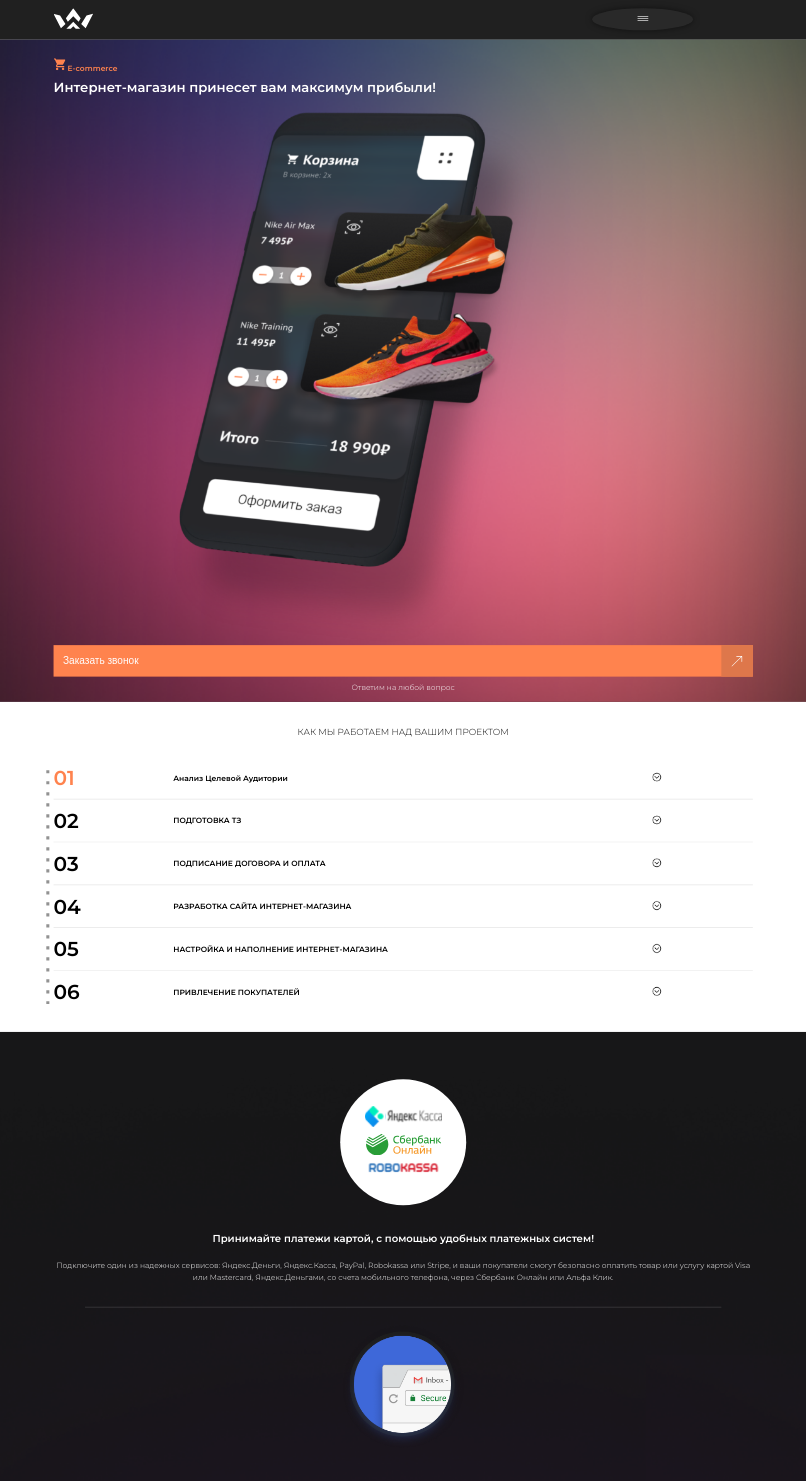
Repository: Gabi0605/my-tests
Page: web_alternative/index.html
These files come from the project's save history. The page is drawn as it stood at one moment and after the next save; the edit follows.
The browser window is 1280 px wide. The pictures show the whole page, at 63% of full size.
The style sheet was rebuilt from its Sass, Less or Tailwind sources for each picture, by a compiler version that may differ from the author's.

Above is the page before, as saved 2020-01-19 21:12:21.

After the next save:
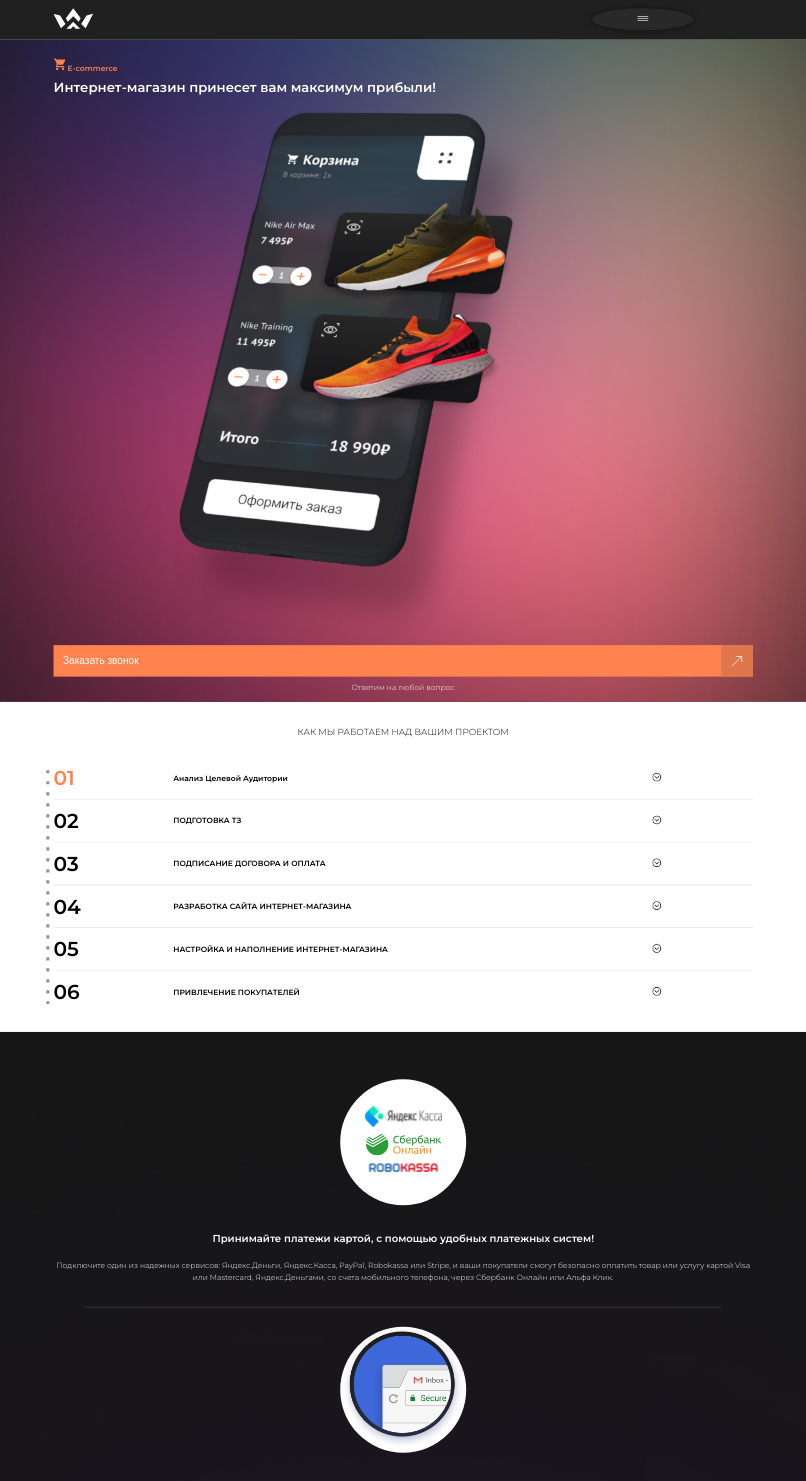
Saved 31 s later.
--- a/web_alternative/less/style.less
+++ b/web_alternative/less/style.less
@@ -173,20 +173,15 @@
     &__circle{
         width: 200px;
         height: 200px;
+        background: #fff;
         border-radius: 50%;
         margin: 30px auto 40px;
         display: flex;
         flex-direction: column;
         align-items: center;
         justify-content: center;
-        &-white{
-            background: #fff;
-        }
         img{
             padding-bottom: 10px;
-        }
-        img.hun{
-            width: 200px;
         }
     }
     h2{
